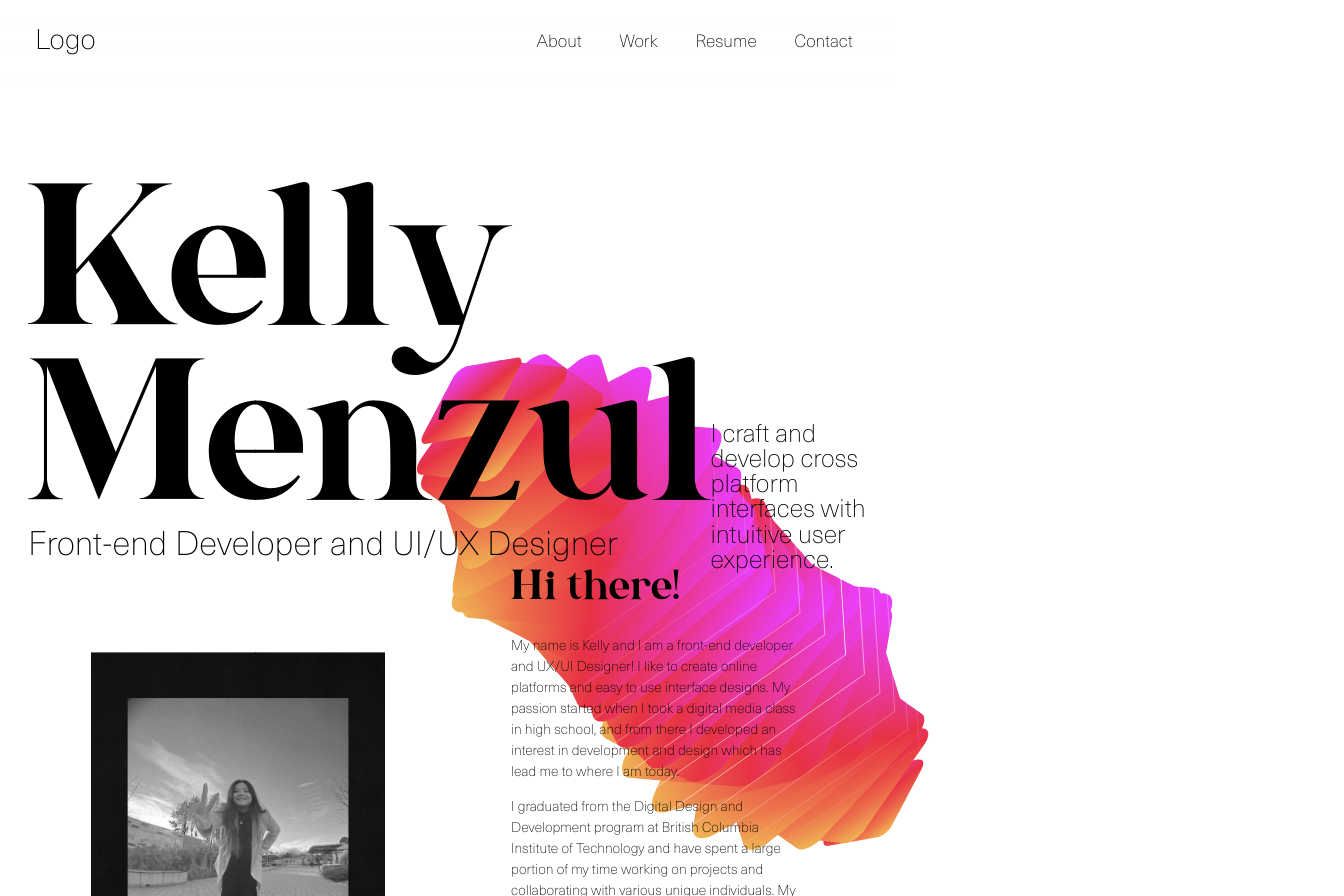
Repository: KellyMenzul/Kelly-Menzul
Page: /
An editor plug-in stored every save of this project. The page is shown before and after a run of saves, followed by the edit.
The browser window is 1280 px wide. The page is 1920 px wide, then 1900 px, so the pictures cover 1920 px, including what lies to the right of the window. The pictures show the part of the page from y = 0 to 1280 px (the page is 2160 px tall), at 70% of full size.
The project was rebuilt for these pictures with package versions that can differ from the ones it lists, and the page was loaded fresh each time. The framework's server and built-in components were replaced by stand-ins that run in the browser. Also part of the build but not shown: next.config.js.

Above is the page before, as saved 2022-01-20 15:23:50.

After the next 2 saves:
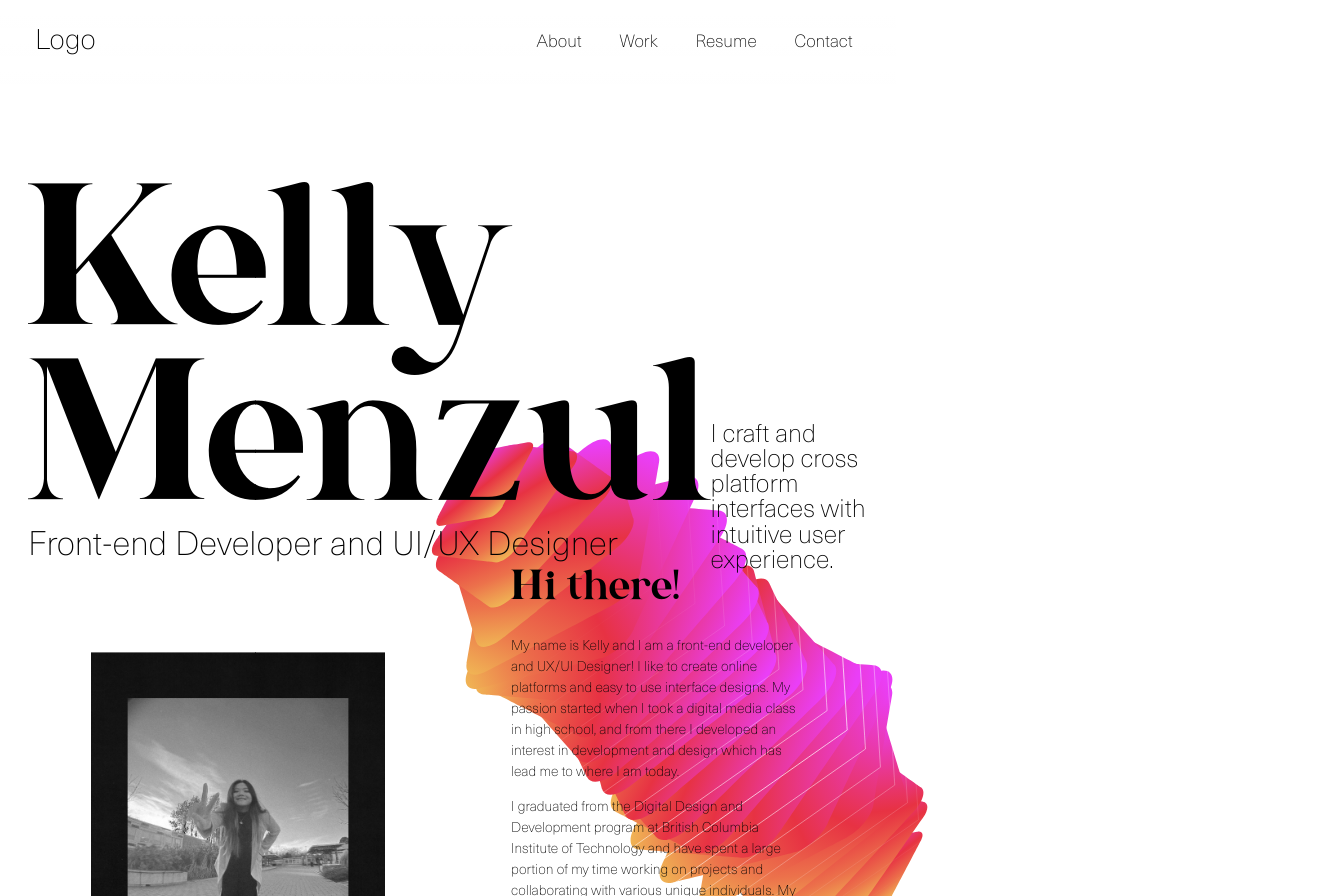
The 2 saves are shown as one change because they came seconds apart.
The last was saved 16 s later.
--- a/pages/index.js
+++ b/pages/index.js
@@ -109,8 +109,7 @@ justify-content:center;
 const LoadHolder = styled.div`
 position:absolute;
 z-index:-1;
-top:-100px;
-right:0px;
+
 
 `
 const TextHolder  =styled.div``
